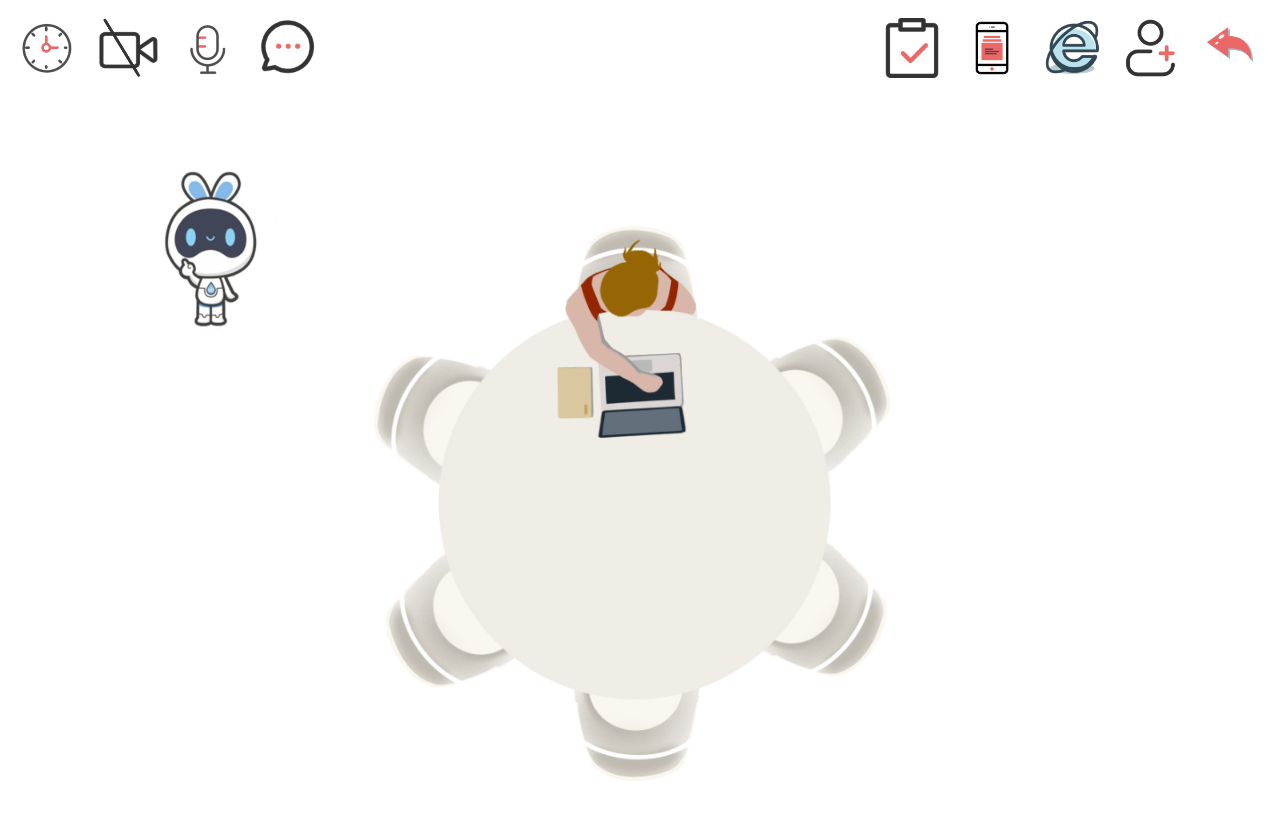
Repository: Team-Extrememe/Online-Study-Room
Page: main.html
The author's editor kept a copy of each file at every save. The page is drawn from the files as they stood at one save, then again after the next save.
The browser window is 1280 px wide. The pictures show the whole page.

Above is the page before, as saved 2021-10-07 15:01:04.

After the next save:
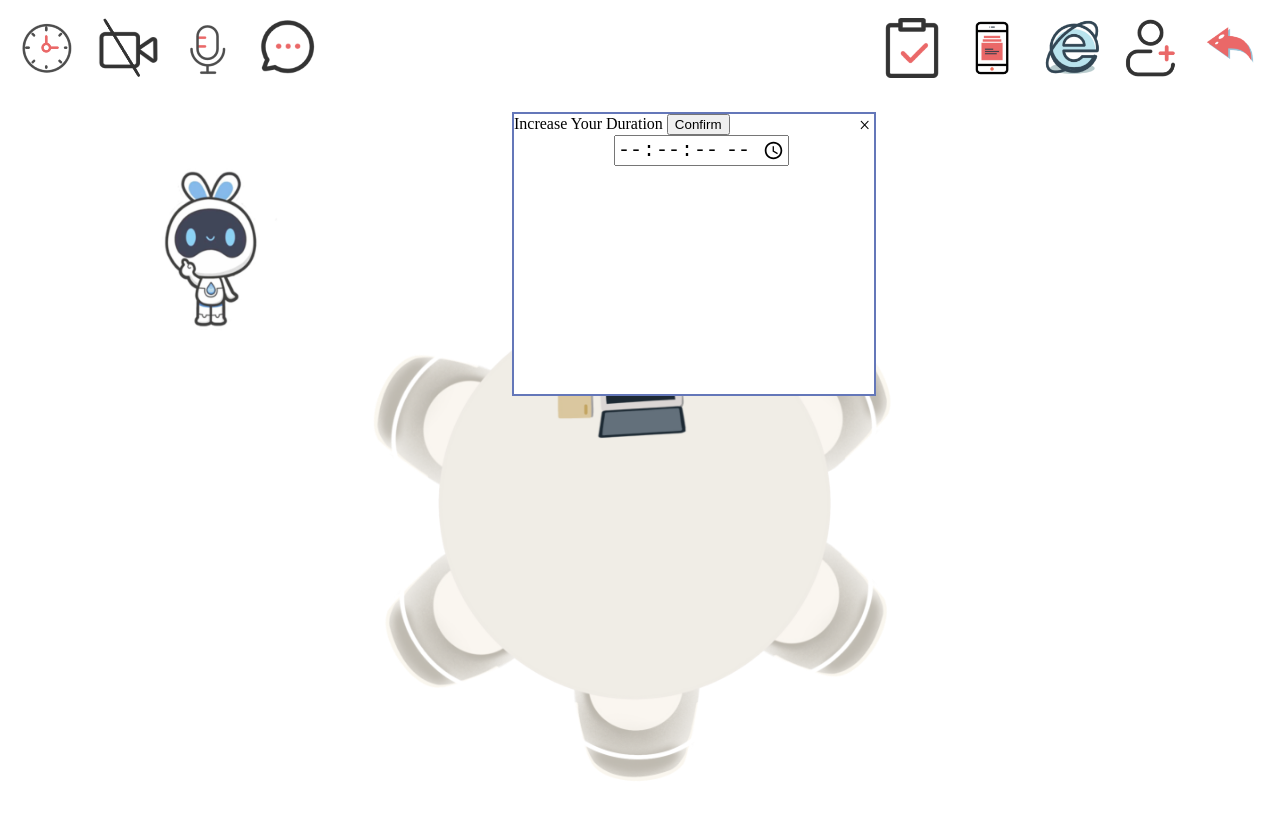
Saved 68 s later.
--- a/main.html
+++ b/main.html
@@ -18,7 +18,7 @@
             <div>
                 <span class="selected_time"></span>
             </div>
-            <div id="light9" class="increase_time" >
+            <div id="light9" class="increase_time" style="display: block;border: 2px solid #6477b9;">
                 <div class="close_guide_button6">&times;</div>
                 <span>Increase Your Duration</span>
                 <input id="increasetime" type="time" step='1' min="00:00:00" max="24:00:00">

After the save that followed:
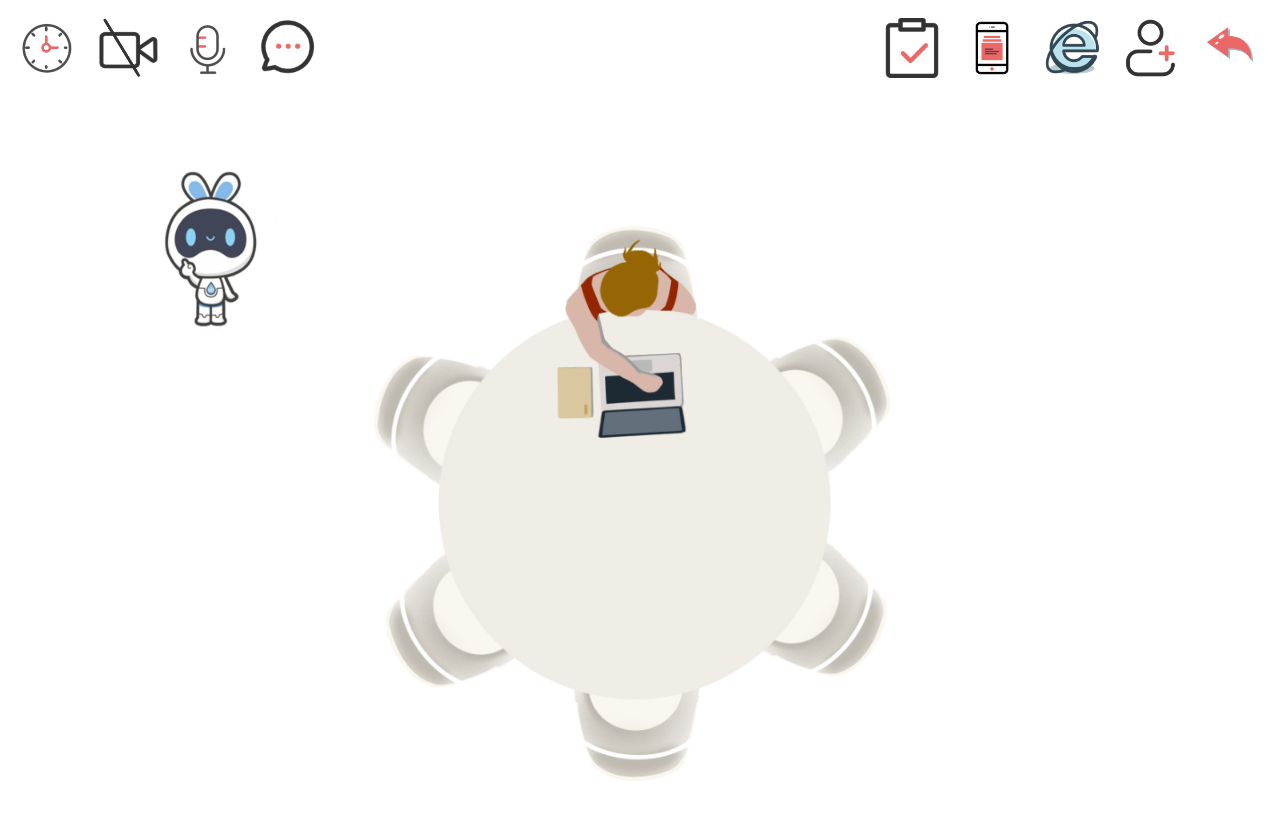
Saved 19 s later.
--- a/main.html
+++ b/main.html
@@ -18,7 +18,7 @@
             <div>
                 <span class="selected_time"></span>
             </div>
-            <div id="light9" class="increase_time" style="display: block;border: 2px solid #6477b9;">
+            <div id="light9" class="increase_time" style="border: 2px solid #6477b9;">
                 <div class="close_guide_button6">&times;</div>
                 <span>Increase Your Duration</span>
                 <input id="increasetime" type="time" step='1' min="00:00:00" max="24:00:00">
